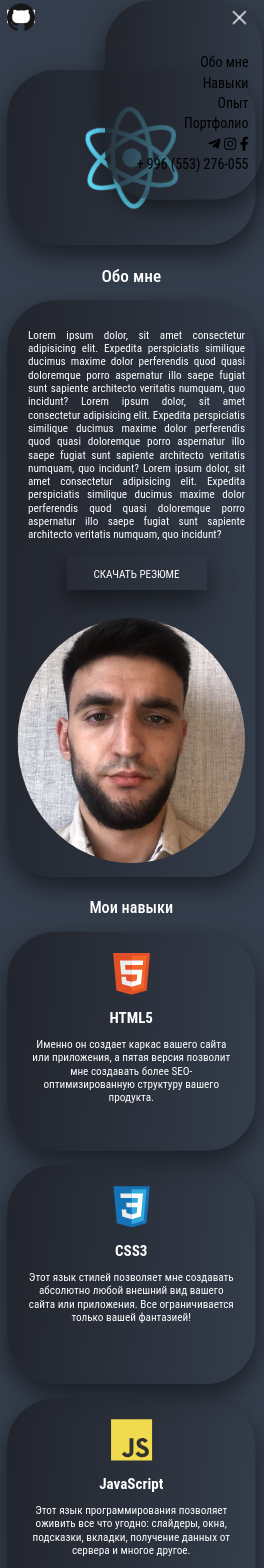
Repository: aligadzhiev0595/my-portfolio
Page: index.html
The author's editor kept a copy of each file at every save. The page is drawn from the files as they stood at one save, then again after the next save.
The browser window is 375 px wide. The page is 377 px wide, so the pictures cover 377 px, including what lies to the right of the window. The pictures show the part of the page from y = 0 to 2240 px (the page is 5534 px tall), at 70% of full size.
After loading, the first visible `div.burger` was clicked once.
The style sheet was rebuilt from its Sass, Less or Tailwind sources for each picture, by a compiler version that may differ from the author's.

Above is the page before, as saved 2021-05-09 23:06:12.
Console error: TypeError: Cannot read properties of null (reading 'classList')

After the next save:
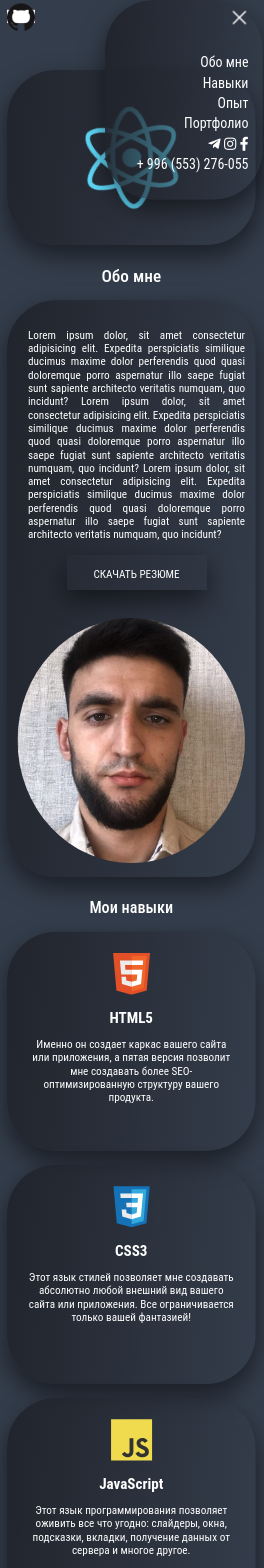
Saved 11 s later.
--- a/src/scss/_media.scss
+++ b/src/scss/_media.scss
@@ -37,7 +37,6 @@
                 }
             }
             &__link{
-            color: #000;
 
             }
             &__item{
@@ -48,7 +47,6 @@
                 margin-bottom: 10px;
             }
             &__phone{
-            color: #000;
 
             }
 
